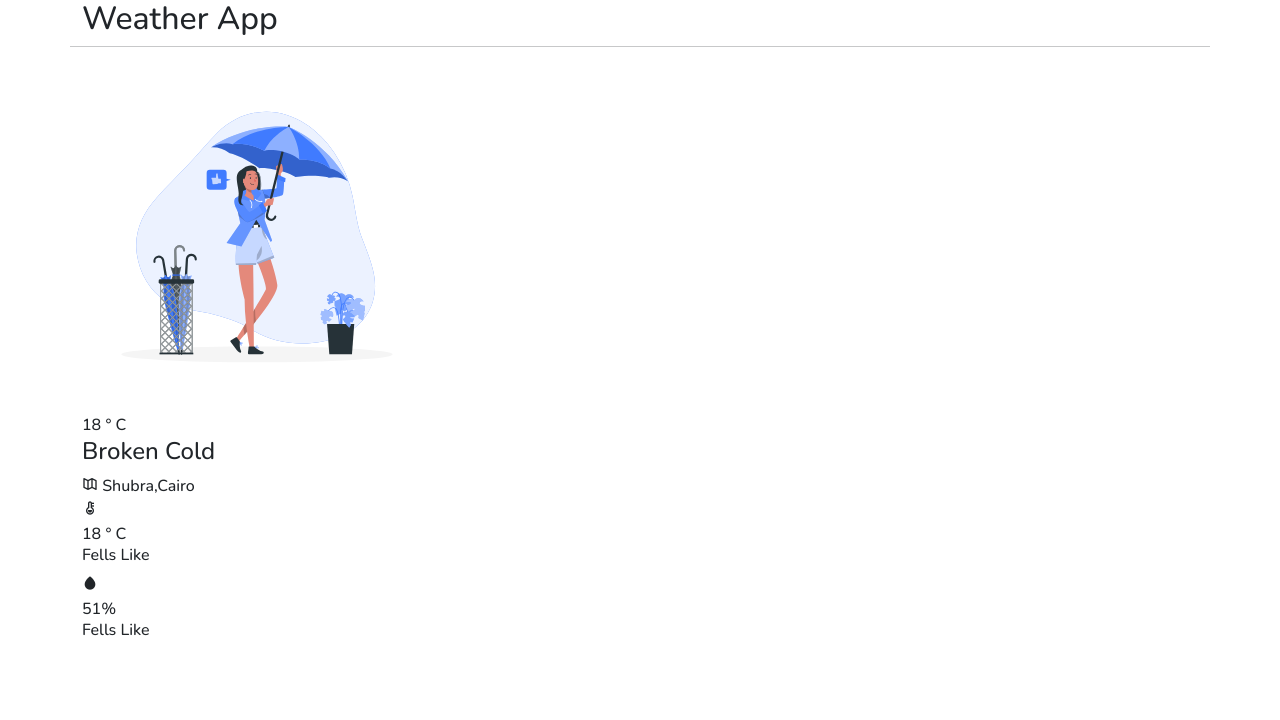
Repository: youssef168/Weather-App
Page: index.htm
The author's editor kept a copy of each file at every save. The page is drawn from the files as they stood at one save, then again after the next save.
The browser window is 1280 px wide. The pictures show the whole page.

Above is the page before, as saved 2021-12-28 19:22:37.

### index.htm
<!DOCTYPE html>
<html lang="en">
<head>
    <meta charset="UTF-8">
    <meta http-equiv="X-UA-Compatible" content="IE=edge">
    <meta name="viewport" content="width=device-width, initial-scale=1.0">
    <link href="https://cdn.jsdelivr.net/npm/bootstrap@5.1.3/dist/css/bootstrap.min.css" rel="stylesheet" integrity="sha384-1BmE4kWBq78iYhFldvKuhfTAU6auU8tT94WrHftjDbrCEXSU1oBoqyl2QvZ6jIW3" crossorigin="anonymous">
    <link rel="preconnect" href="https://fonts.googleapis.com">
    <link rel="preconnect" href="https://fonts.gstatic.com" crossorigin>
    <link href="https://fonts.googleapis.com/css2?family=Nunito:ital,wght@0,300;0,500;0,600;0,700;0,900;1,200;1,300;1,400;1,500;1,700&family=Work+Sans:ital,wght@1,400;1,600&display=swap" rel="stylesheet">
    <link rel="stylesheet" href="./style.css">
    <link href='https://unpkg.com/boxicons@2.1.1/css/boxicons.min.css' rel='stylesheet'>

    <title>Document</title>
</head>
<body>
    <div class="container">
        <div class='row'>
            <h2>Weather App</h2>
            <hr>
          <div class='col'>
              <div class="wearher-img">
                  <img class="w-100" src="./Umbrella-rafiki.svg" alt="">
              </div>
              <div class="weather-details">
                  <span class="degree">18</span>
                  <span class="sign">°</span>
                  <span class="sign-2">
                    C
                  </span>
                  <h4>Broken Cold</h4>
              </div>
              <div class="location">
                <i class='bx bx-map-alt'></i>
                <span>Shubra,Cairo</span>
              </div>
              <div class="detail-box">
                  <div class="column fellLike">
                    <i class='bx bxs-thermometer'></i>
                    <div class="innerFeild">
                        <span class="degree-2">18</span>
                        <span class="sign">°</span>
                        <span class="sign-2">
                          C
                        </span>
                    </div>
                    <h6>Fells Like</h6>
                  </div>
              </div>
              <div class="detail-box">
                  <div class="column Humidity">
                    <i class='bx bxs-droplet'></i>
                    <div class="innerFeild">
                        <span class="degree-3">51%</span>
                    </div>
                    <h6>Fells Like</h6>
                  </div>
              </div>
          </div>
    </div>

    <script src="./script.js"></script>
    <script src="https://cdn.jsdelivr.net/npm/bootstrap@5.1.3/dist/js/bootstrap.bundle.min.js" integrity="sha384-ka7Sk0Gln4gmtz2MlQnikT1wXgYsOg+OMhuP+IlRH9sENBO0LRn5q+8nbTov4+1p" crossorigin="anonymous"></script>
</body>
</html>

### style.css
/* Start Global Rules */
body {
    font-family: 'Nunito', sans-serif;

}

.super {
    margin-top: 120px;
    /* background-image: url('./blob.svg');
    background-repeat: no-repeat;
    background-size: covere; */
}
.super::after {
    content: '';
    background: #F7F7F7;
    width: 56%;
    height: 79%;
    position: absolute;
    left: -11%;
    top: 0;
    z-index: -1;
    transform: rotate(
35deg);
    border-radius: 28px;
}
/* end Global Rules */

h1 {
    font-weight: bold !important;
    font-size: 3.6rem !important;
    margin-bottom: 30px;
    line-height: 55px ;
}


.wearher-img {
    width: 350px;
}

Loaded but not shown: script.js (no copy from this time; the picture is the same without it)

After the next save:
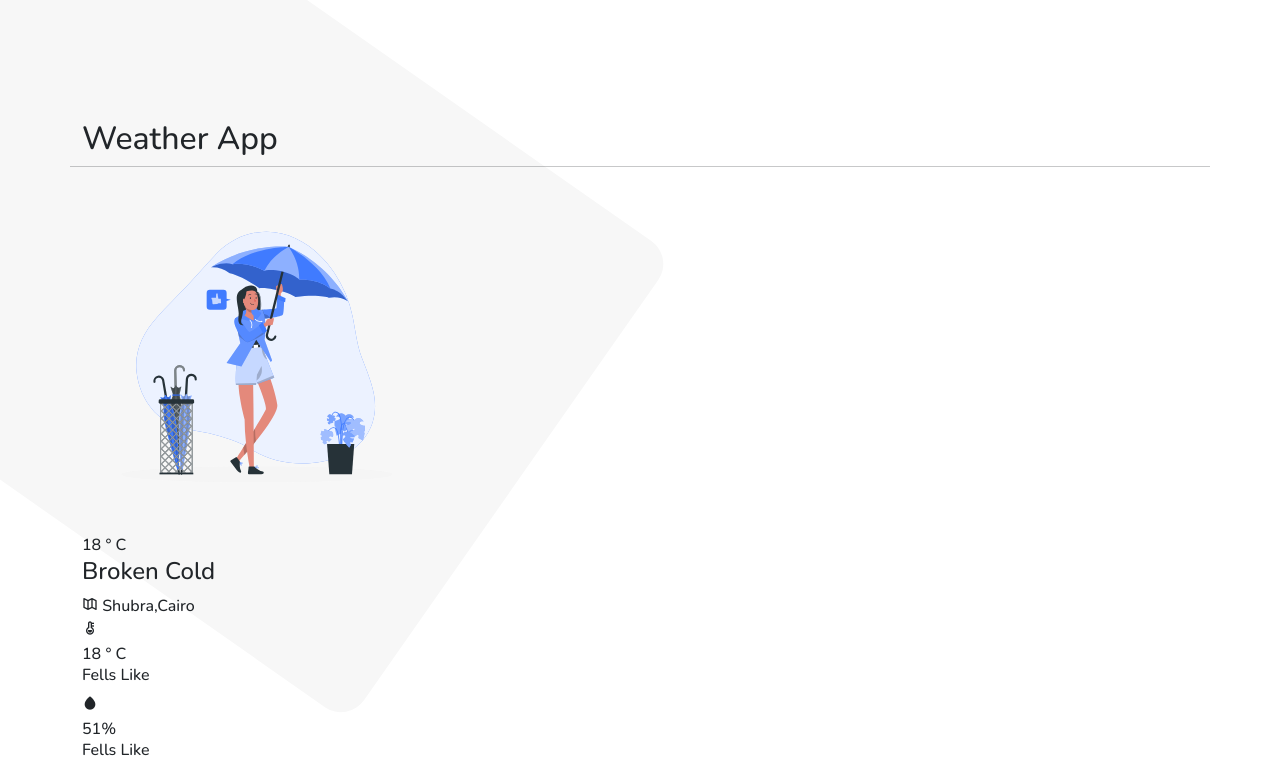
Saved 65 s later.
--- a/index.htm
+++ b/index.htm
@@ -15,7 +15,7 @@
 </head>
 <body>
     <div class="container">
-        <div class='row'>
+        <div class='row super'>
             <h2>Weather App</h2>
             <hr>
           <div class='col'>
